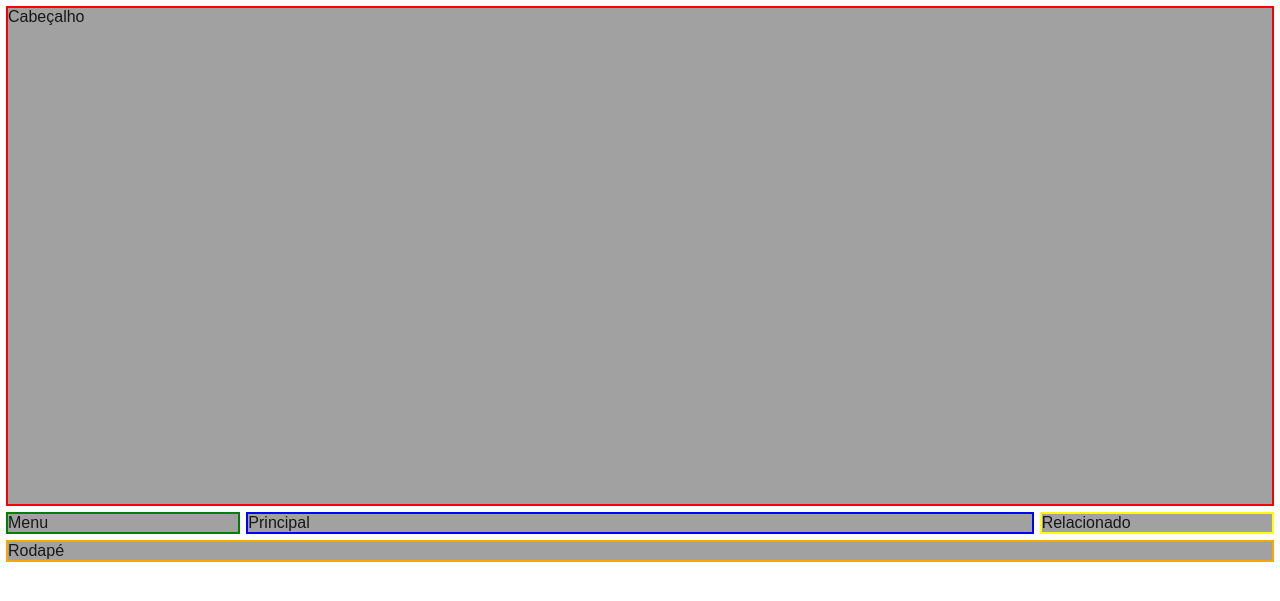
Repository: AleOi3/htmlTemplate
Page: /temp_one
An editor plug-in stored every save of this project. The page is shown before and after a run of saves, followed by the edit.
The browser window is 1280 px wide. The pictures show the whole page.
The project was rebuilt for these pictures with package versions that can differ from the ones it lists, and the page was loaded fresh each time. The framework's server and built-in components were replaced by stand-ins that run in the browser. Also part of the build but not shown: next.config.ts.

Above is the page before, as saved 2024-12-09 00:37:08.

### src/app/temp_one/page.tsx
const TemplateOnePage = () => {
    return <div style={{display:"flex", flexWrap: 'wrap'}}>
        <header style={{
            border: '2px solid red',
            margin: 3,
            display: 'flex',
            flex: '1 1 100vw',
            height: 500,
            background: '#a1a1a1'
        }}>
            Cabeçalho
        </header>
        <nav style={{
            border: '2px solid green',
            margin: 3,
            display: 'flex',
            flex: '1 1 200px',
            background: '#a1a1a1'

        }}>Menu</nav>
        <main style={{
            border: '2px solid blue',
            margin: 3,
            display: 'flex',
            flex: '20 1 100px',
            background: '#a1a1a1'

        }}>Principal</main>
        <aside style={{
            border: '2px solid yellow',
            margin: 3,
            display: 'flex',
            flex: '1 1 200px',
            background: '#a1a1a1'

        }}>Relacionado</aside>
        <footer style={{
            border: '2px solid orange',
            margin: 3,
            display: 'flex',
            flex: '1 1 100vw',
            background: '#a1a1a1'


        }}>Rodapé</footer>

    </div>
}

export default TemplateOnePage;

### src/app/globals.css
:root {
  --background: #ffffff;
  --foreground: #171717;
}

@media (prefers-color-scheme: dark) {
  :root {
    --background: #0a0a0a;
    --foreground: #ededed;
  }
}

html,
body {
  max-width: 100vw;
  overflow-x: hidden;
}

body {
  color: var(--foreground);
  background: var(--background);
  font-family: Arial, Helvetica, sans-serif;
  -webkit-font-smoothing: antialiased;
  -moz-osx-font-smoothing: grayscale;
  margin: 3px;
  flex: 1 1 100vw;
}

* {
  box-sizing: border-box;
  padding: 0;
  margin: 0;
}

a {
  color: inherit;
  text-decoration: none;
}

@media (prefers-color-scheme: dark) {
  html {
    color-scheme: dark;
  }
}

Loaded but not shown: src/app/layout.tsx (common file)

After the next 2 saves:
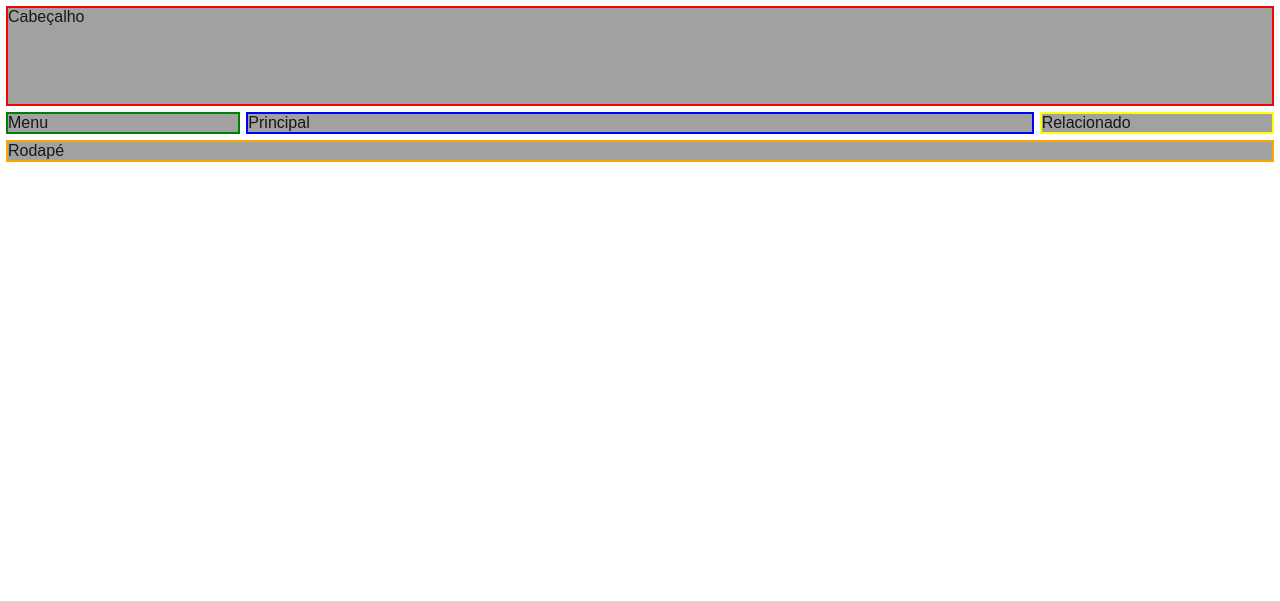
The 2 saves are shown as one change because they came seconds apart.
The last was saved 6 s later.
--- a/src/app/temp_one/page.tsx
+++ b/src/app/temp_one/page.tsx
@@ -5,7 +5,7 @@ const TemplateOnePage = () => {
             margin: 3,
             display: 'flex',
             flex: '1 1 100vw',
-            height: 500,
+            height: 100,
             background: '#a1a1a1'
         }}>
             Cabeçalho
